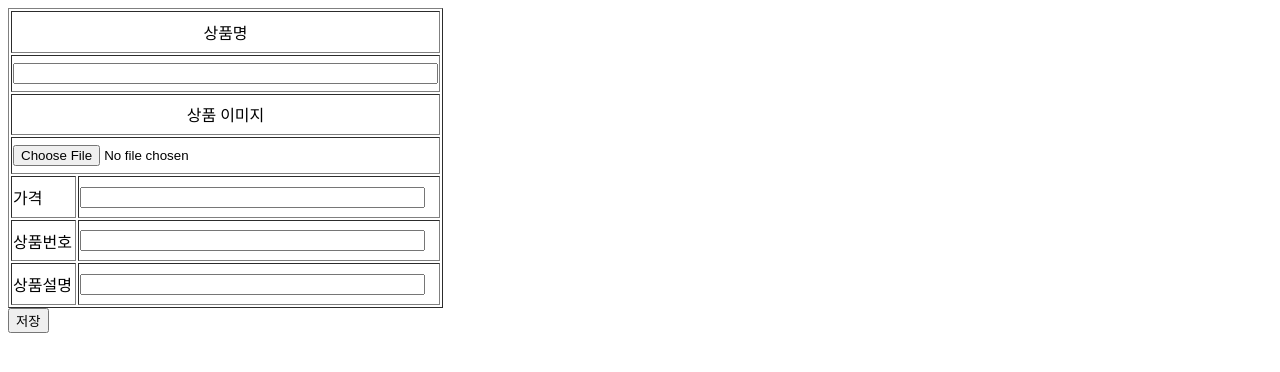
Repository: gunvv00/Java_practice
Page: html_work/html01/WebContent/goods.html
These files come from the project's save history. The page is drawn as it stood at one moment and after the next save; the edit follows.
The browser window is 1280 px wide. The pictures show the whole page.

Above is the page before, as saved 2020-01-02 07:37:38.

### html_work/html01/WebContent/goods.html
<!DOCTYPE html>
<html>
<head>
<meta charset="UTF-8">
<title>상품등록</title>
</head>
<body>
<form action = "good.jsp" method = "post">
	<TABLE Border = 1 height = 300 width = 300 >
		<tr>
			<td align = "center" colspan = "2">상품명</td>
		</tr>
		<tr>
			<td align = "center" colspan = "2"><input type = "product" name="" value = ""  size = "50"></td>
		</tr>
		<tr>
			<td align = "center" colspan = "2">상품 이미지</td>
		</tr>
		<tr>
			<td colspan = "2"><input type='file' name='file' value ="" /></td>
		</tr>
		<tr>
			<td>가격</td>
			<td><input type = "price" name="" value = "" size = "40" ></td>
		</tr>
		<tr>
			<td>상품번호</td>
			<td><input type = "produtNumber" name="" value = "" size = "40" ></td>
		</tr>
		<tr>
			<td>상품설명</td>
			<td><input type = "explain" name="" value = "" size = "40" ></td>
		</tr>
	</TABLE>

	<input type = "submit" value = "저장"
	/>


</body>
</html>

After the next save:
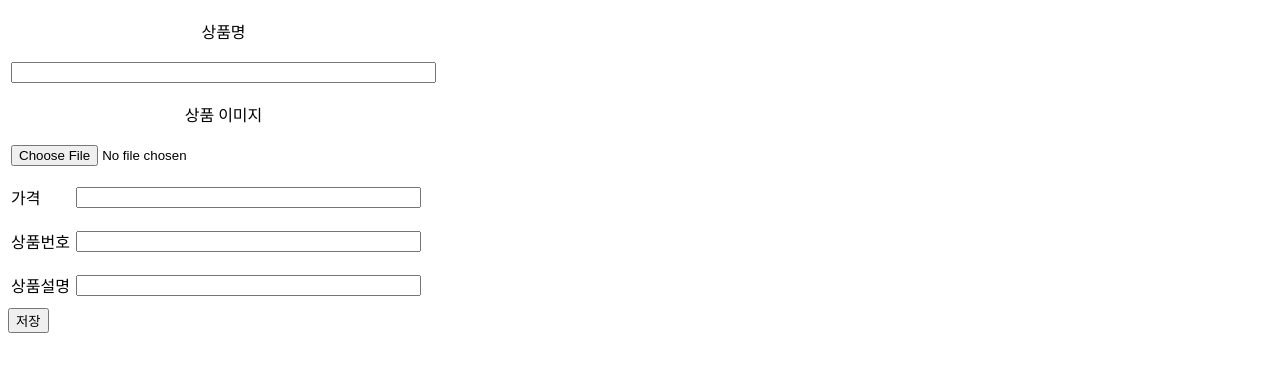
Saved 74 s later.
--- a/html_work/html01/WebContent/goods.html
+++ b/html_work/html01/WebContent/goods.html
@@ -6,7 +6,7 @@
 </head>
 <body>
 <form action = "good.jsp" method = "post">
-	<TABLE Border = 1 height = 300 width = 300 >
+	<TABLE Border = 0 height = 300 width = 300 >
 		<tr>
 			<td align = "center" colspan = "2">상품명</td>
 		</tr>
